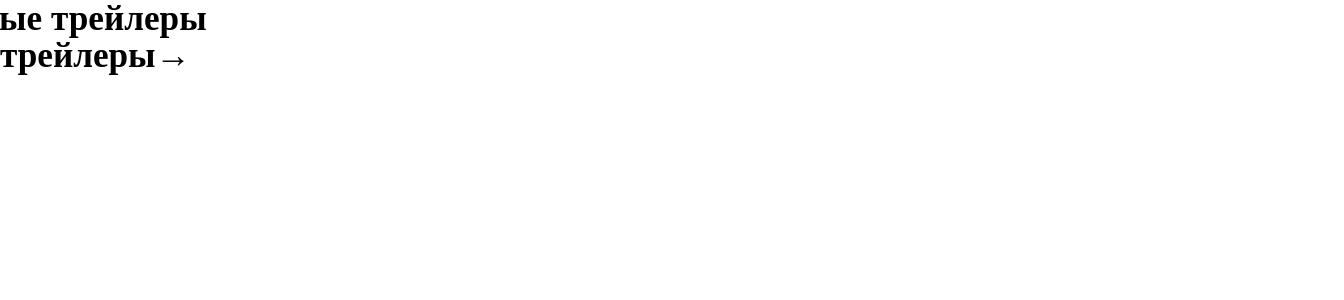
Repository: KHANas02/code
Page: index.html
The author's editor kept a copy of each file at every save. The page is drawn from the files as they stood at one save, then again after the next save.
The browser window is 1280 px wide. The page is 1344 px wide, so the pictures cover 1344 px, including what lies to the right of the window. The pictures show the whole page.

Above is the page before, as saved 2024-03-14 13:35:29.

### index.html
<!DOCTYPE html>
<html lang="en">
<head>
    <meta charset="UTF-8">
    <meta name="viewport" content="width=device-width, initial-scale=1.0">
    <title>Document</title>
    <link rel="stylesheet" href="./style.css">
</head>
<body>
        <div class="divONE">
      <b><h1 class="text1">Новые трейлеры</h1></b>
      <b><h1 class="text2">Все трейлеры→</h1></b>
      <div class="divI">










</body>
</html>

### style.css
* {
  padding: 0;
  margin: 0;
  box-sizing: border-box;
}
h1{
    transform: scale(1.1);
}

After the next save:
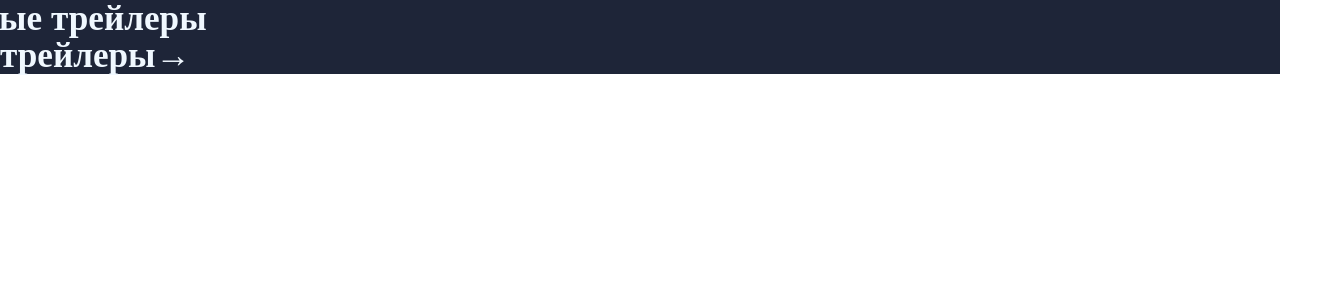
Saved 31 s later.
--- a/style.css
+++ b/style.css
@@ -6,3 +6,11 @@
 h1{
     transform: scale(1.1);
 }
+.divONE {
+  width: 100%;
+  height: 100%;
+  background-color: #1e2538;
+}
+h1 {
+  color: aliceblue;
+}
